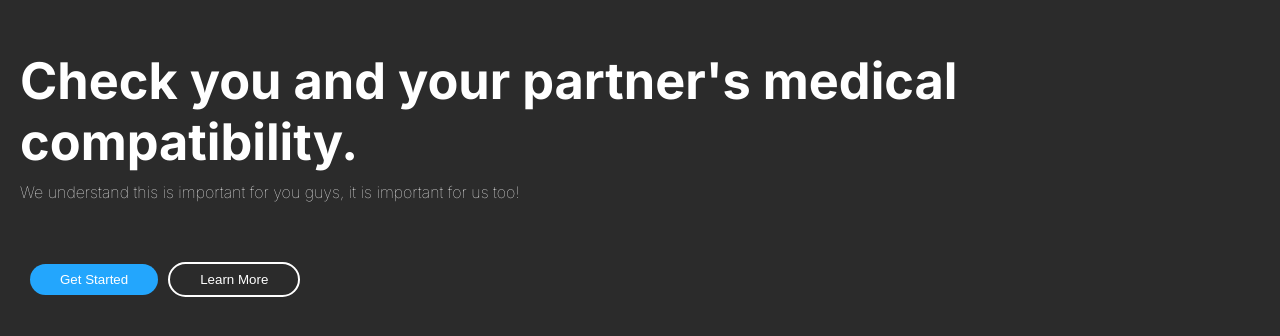
Repository: devhabeeblateef/tictactoe
Page: /
The author's editor kept a copy of each file at every save. The page is drawn from the files as they stood at one save, then again after a run of saves.
The browser window is 1280 px wide. The pictures show the whole page.
The project was rebuilt for these pictures with package versions that can differ from the ones it lists, and the page was loaded fresh each time. Also part of the build but not shown: src/App.css.

Above is the page before, as saved 2022-06-17 00:40:37.

### src/App.js
import logo from './logo.svg';
import './App.css';
import Home from './Home';

function App() {
  return (
    <div>
      <Home/>
    </div>
  );
}

export default App;

### src/Home.js
import React from 'react'
import classes from './Home.module.css'

function Home() {
  return (
    <div className={classes.home}>
    <h1 className={classes.home__header}>
        Check you and your partner's medical compatibility.
    </h1>
    <p className={classes.home__info}>
        We understand this is important for you guys, it
        is important for us too!
    </p>
    <div className={classes.button}>
        <button className={classes.button__one}><a href="index2.html">Get Started</a></button>
        <button className={classes.button__two}>Learn More</button>
    </div>
    </div>
  )
}

export default Home

### src/Home.module.css
@import url('https://fonts.googleapis.com/css2?family=Inter:wght@100;200;300;400;500;600;700;800;900&display=swap');

body
{
    background-color: #2b2b2b;
    color: #fff;
}

.home__header
{
    margin:50px 20px;
    font-size: 5ch;
    font-family: 'Inter', sans-serif;
    font-weight: bold;
}

.home__info
{
    font-family: 'Inter', sans-serif;
    font-weight: 100;
    margin: -40px 20px;
}

img
{
    width: 350px;
}

.button
{
    margin: 100px 30px;
}


.button__one
{
    background-color: #23A6FD;
    border-radius: 60px;
    border: none;
    padding:8px 30px;
    color: white;
    font-family: 'Montserrat', sans-serif;
    cursor: pointer;
}

.button__two
{
    margin-left: 10px;
    background-color: transparent;
    border-radius: 60px;
    padding: 8px 30px;
    border: 2px solid #fff;
    color: white;
    font-family: 'Montserrat', sans-serif;
    cursor: pointer;
}

@media (max-width:400px){
.button__two
{
    margin: 20px 0;
    border-radius: 60px;

}
}

a
{
    color: #fff;
    text-decoration: none;
}

a:hover
{
    color: white;
}

Loaded but not shown: src/index.js (common file); src/index.css (common file); src/reportWebVitals.js (common file)

After the next 3 saves:
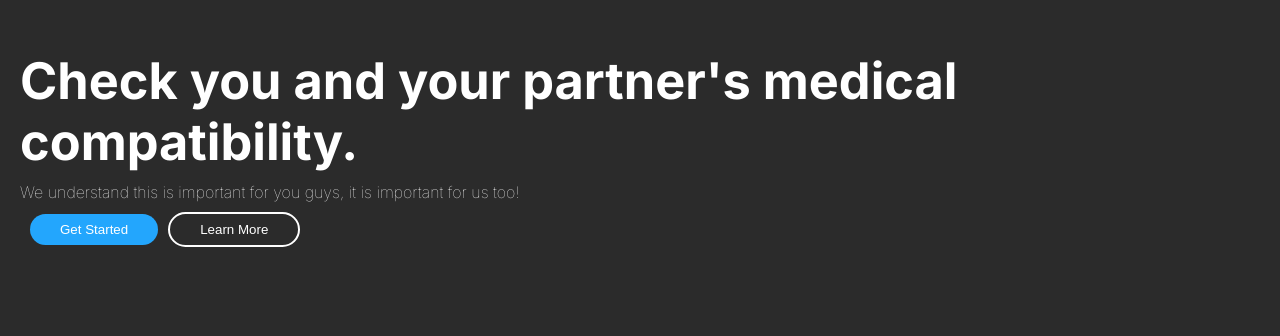
The 3 saves are shown as one change because they came seconds apart.
The last was saved 12 s later.
--- a/src/Home.module.css
+++ b/src/Home.module.css
@@ -28,7 +28,7 @@ img
 
 .button
 {
-    margin: 100px 30px;
+    margin: 50px 30px;
 }
 
 
